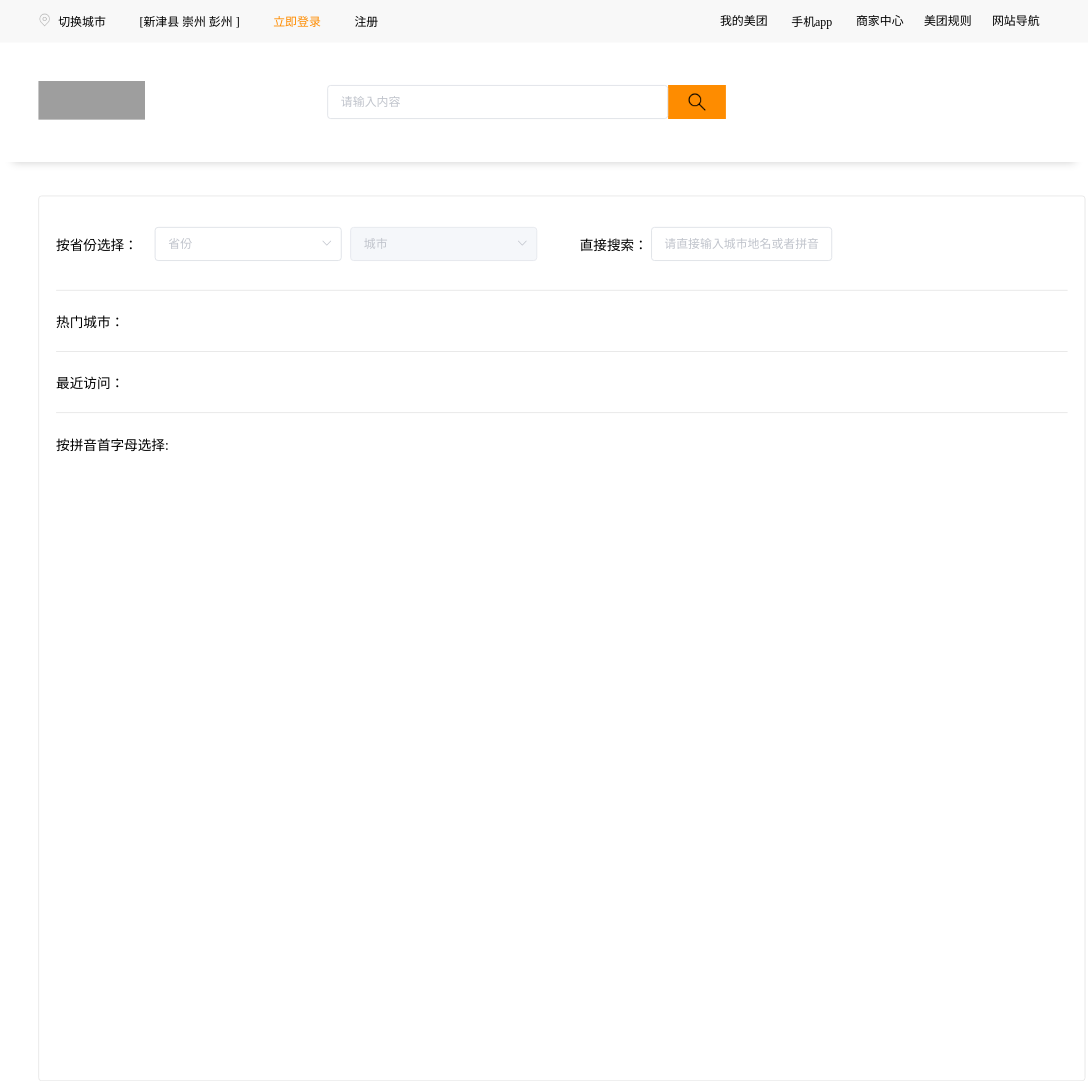
Repository: jinggegeZ/-
Page: /city
An editor plug-in stored every save of this project. The page is shown before and after the next save, followed by the edit.
The browser window is 1280 px wide. The pictures show the whole page, at 85% of full size.
Pictures or frames that could not be fetched are drawn as grey boxes. The page's requests for data from a server got no answer. The project was rebuilt for these pictures with package versions that can differ from the ones it lists, and the page was loaded fresh each time. No one was signed in, and anything a server would have sent is missing. Also part of the build but not shown: vue.config.js, src/components/Navigation/Navigation.vue, src/components/navbox/navbox.vue, src/components/Sty/Sty.vue, src/views/Home.vue.

Above is the page before, as saved 2020-08-22 11:35:38.

### public/index.html
<!DOCTYPE html>
<html lang="en">
  <head>
    <meta charset="utf-8">
    <meta http-equiv="X-UA-Compatible" content="IE=edge">
    <meta name="viewport" content="width=device-width,initial-scale=1.0">
    <link rel="icon" href="<%= BASE_URL %>favicon.ico">
    <title><%= htmlWebpackPlugin.options.title %></title>
  </head>
  <body>
    <script src="//at.alicdn.com/t/font_2017422_ck56kzje6p4.js"></script>
    <noscript>
      <strong>We're sorry but <%= htmlWebpackPlugin.options.title %> doesn't work properly without JavaScript enabled. Please enable it to continue.</strong>
    </noscript>
    <div id="app"></div>
    <!-- built files will be auto injected -->
  </body>
</html>

### src/App.vue
<template>
  <div id="app">
    <router-view/>
  </div>
</template>

<style lang="scss">
@import '../src/style/style';
</style>

### src/views/city/city.vue
<template>
  <div>
    <top :city="city"></top>
    <div class="topbox1">
      <div class="top">
        <div class="nav">
          <!-- 美团-->
          <div class="nav1">
            <div>
              <img
                class="nav1img"
                src="//s0.meituan.net/bs/fe-web-meituan/fa5f0f0/img/logo.png"
                alt
              />
            </div>
          </div>
          <!-- 搜索-->
          <div class="nav1input">
            <div class="nav1input">
              <el-input v-model="keyword" placeholder="请输入内容" @input="change"></el-input>
              <div class="nav1input1box" v-if="keyword != ''">
                <div class="item" v-for="item in arr" :key="item.id">
                  <div v-if="item.name">{{item.name}}</div>
                </div>
              </div>
            </div>

            <div class="nav1inputboox">
              <img class="nav1inputbooximg" src="../../../public/image/search.png" alt />
            </div>
          </div>
        </div>
      </div>
    </div>
    <div class="topbox2">
      <div class="top">
        <!-- 城市部分 -->
        <div class="citybox">
          <!-- 按省份选择部分 -->
          <div class="citybox-province">
            <!-- 按省份选择左边部分 -->
            <div>按省份选择：</div>
            <div class="proviencechosebox">
              <el-select v-model="value" placeholder="省份">
                <el-option
                  v-for="item in cities"
                  :key="item.id"
                  :label="item.name"
                  :value="item.id"
                >
                  <!-- <span style="float: left">{{ item.name }}</span> -->
                  <span
                    style="float: right; color: #8492a6; font-size: 13px"
                    @click="choseprovice(item)"
                  >{{ item.name }}</span>
                </el-option>
              </el-select>
            </div>
            <div class="citychosebox">
              <el-select v-model="value1" :disabled="flag" placeholder="城市">
                <el-option
                  v-for="item in citiess"
                  :key="item.id"
                  :label="item.name"
                  :value="item.id"
                >
                  <span style="float: left">{{ item.label }}</span>
                  <span
                    style="float: right; color: #8492a6; font-size: 13px"
                    @click="gohome(item)"
                  >{{ item.name }}</span>
                </el-option>
              </el-select>
            </div>
            <!-- 按省份选择左边部分 -->
            <div class="directSearch">
              <div>直接搜索：</div>
              <div class="directSearchbox">
                <div>
                  <el-input v-model="input" placeholder="请直接输入城市地名或者拼音"></el-input>
                </div>
              </div>
            </div>
          </div>
          <!-- 热门城市选择-->
          <div class="hotcitychose">
            <div>热门城市：</div>
            <div class="hotcitychosebox">
              <div v-for="item in hotcitys" :key="item.id" @click="gohome(item)">
                <div v-if="item.name =='市辖区'">{{item.province}}</div>
                <div v-else>{{item.name}}</div>
              </div>
            </div>
          </div>
          <!-- 最近访问-->
          <div class="recentVisit">
            <div>最近访问：</div>
            <div class="recentVisitchosebox">
              <div v-for="(item,index) in recentVisitlist" :key="index">
                <div class="recentVisitchosebox-item">{{item}}</div>
              </div>
            </div>
          </div>
          <!-- 拼音首字母 -->
          <div class="Initials">
            <div>按拼音首字母选择:</div>
            <div class="Initialsbox">
              <div v-for="(item,index) in letter" :key="index">
                <div>{{item}}</div>
              </div>
            </div>
          </div>
          <!-- 详细地区 -->
          <div class="detailscity" v-for="(item,index) in letterss" :key="index">
            <div class="letter">a</div>
            <div class="letters">
               <div class="letters-item" v-for="item2 in item" :key="item2.id">{{item2.name}}</div>
            </div>
          </div>
        </div>
      </div>
    </div>
  </div>
</template>

<script>
import top from "../../components/top/top";
import city from "../../../city/city";
export default {
  name: "",
  props: {},
  components: {
    top,
  },
  data() {
    return {
      city: "",
      keyword: "",
      arr: [],
      cities: [],
      citiess: [],
      input: "",
      value: "",
      value1: "",
      flag: true,
      hotcitys: [],
      recentVisitlist: [],
      name: "",
      cities: {},
      letter: [],
      letters: [],
      letterss:[]
    };
  },
  methods: {
    //输入框change事件变化
    change(value) {
      this.keyword = value;
      this.$api
        .getkeyword({ city: this.city, keyword: this.keyword })
        .then((res) => {
          this.arr = res.data.pois.slice(0, 10);
        })
        .catch((err) => {});
    },
    //点击获取id
    choseprovice(item) {
      let id = item.id;
      this.$api
        .getcity(id)
        .then((res) => {
          if (res.code === 200) {
            this.citiess = res.data.city;
            this.flag = false;
          }
        })
        .catch((err) => {});
      this.value1 === "";
    },
    //点击返回首页
    gohome(item) {
      if (item.name === "市辖区") {
        this.name = item.province;
      } else {
        this.name = item.name;
      }
      let arr = this.recentVisitlist;
      arr.push(this.name);
      localStorage.setItem("arr", JSON.stringify(arr));
    },
  },
  mounted() {
    //获取存储
    if (JSON.parse(localStorage.getItem("arr"))) {
      this.recentVisitlist = JSON.parse(localStorage.getItem("arr"));
    }

    //获取省份
    this.$api
      .getprovince()
      .then((res) => {
        if (res.code === 200) {
          this.cities = res.data.province;
        }
      })
      .catch((err) => {});
    //获取城市
    this.$api
      .getposition()
      .then((res) => {
        this.city = JSON.parse(res.data).city;
      })
      .catch((err) => {});
    //获取热门城市
    this.$api
      .gethotcity()
      .then((res) => {
        if (res.code === 200) {
          this.hotcitys = res.data.hots;
          console.log(this.hotcitys);
        }
      })
      .catch((err) => {});
    //获取city.js中的数据
    this.cities = city.data.cities;
  console.log(Object.keys(this.cities));
  console.log(Object.values(this.cities));
    // for (let i in this.citys) {
    //   this.letter.push(i);
    //   this.letters = this.citys[i];
    //   this.letterss.push(this.letters)
    //   // this.letter.map((item,index) => {
    //   //   this.letterss.map((item1,index1) => {
    //   //     if(index === index1){
    //   //      item1.unshift(item)
    //   //     }
    //   //   })
    //   // })
    //   // console.log(this.letterss);
    // }
  },
  watch: {},
  computed: {},
};
</script>

<style scoped lang='scss'>
</style>

### src/components/top/top.vue
<template>
  <div class="topbox">
    <div class="top">
      <div class="top1">
        <div class="leftbox">
          <div>
            <img class="leftboximg" src="../../../public/image/pos.png" alt /> <span class="spans" @click="gocity">{{this.city}}</span>
             <span class="spans1">切换城市</span>
          </div>
          <div>[<span class="spans">新津县</span> <span class="spans">崇州</span> <span class="spans">彭州</span> ]</div>
          <div class="rightnow" @click="gologin">立即登录</div>
          <div>注册</div>
        </div>
        <div class="rightbox">
          <div class="rightbox1">
            <div class="postion">我的美团</div>
            <div class="rightbox2">
              <div class="rightbox3">我的订单</div>
              <div class="rightbox3">我的收藏</div>
              <div class="rightbox3">抵用券</div>
              <div class="rightbox3">美团设置</div>
            </div>
          </div>

          <div class="rightbox1">手机app</div>
          <div class="rightbox1">
            <div class="postion">商家中心</div>
            <div class="rightbox2">
              <div class="rightbox4">美团餐饮用户中心</div>
              <div class="rightbox4">登录商家中心</div>
              <div class="rightbox4">美团智能收银</div>
              <div class="rightbox4">我想合作</div>
              <div class="rightbox4">手机免费开店</div>
              <div class="rightbox4">餐饮代理商招募</div>
              <div class="rightbox4">商家申请开票</div>
              <div class="rightbox4">免费合作美团排队</div>
            </div>
          </div>
          <div class="rightbox1">
            <div class="postion">美团规则</div>
            <div class="rightbox2">
              <div class="rightbox3">规则中心</div>
              <div class="rightbox3">规则目录</div>
              <div class="rightbox3">规则评议院</div>
            </div>
          </div>
          <div class="rightbox1">
            <div class="postion">网站导航</div>
            <div class="rightbox2">
              <div class="rightbox5">
                <div class="rightbox6">
                  <div class="rightbox6-1">
                    <div class="rightbox6-1-1">酒店旅游</div>
                    <div class="rightbox6-1-2">.
                        <div class="rightbox6-1-2-1">
                            <div>国际机票</div>
                            <div>火车票</div>
                            <div>民宿</div>
                        </div>
                        <div class="rightbox6-1-2-1">
                            <div>经济型酒店</div>
                            <div>主题酒店</div>
                            <div>商务酒店</div>
                        </div>
                        <div class="rightbox6-1-2-1">
                            <div>公寓</div>
                            <div>豪华酒店</div>
                            <div>客栈</div>
                        </div>
                        <div class="rightbox6-1-2-1">
                            <div>青年旅社</div>
                            <div>度假酒店</div>
                            <div>别墅</div>
                        </div>
                        <div class="rightbox6-1-2-2">
                            <div>农家院</div>
                        </div>

                    </div>
                  </div>
                  <div class="rightbox6-2">
                    <div class="rightbox6-2-1">吃美食</div>
                    <div class="rightbox6-2-1-1">
                        <div class="rightbox6-1-2-1">
                            <div>烤鱼</div>
                            <div>特色小吃</div>

                        </div>
                        <div class="rightbox6-1-2-1">
                            <div>烧烤</div>
                            <div>自助餐</div>

                        </div>
                        <div class="rightbox6-1-2-1">
                            <div>火锅</div>
                            <div>代金券</div>
                        </div>




                    </div>
                  </div>
                  <div class="rightbox6-2">
                    <div class="rightbox6-2-1">看电影</div>
                    <div class="rightbox6-2-1-1">
                        <div class="rightbox6-2-1-1-font">热映电影</div>
                        <div class="rightbox6-2-1-1-font">热门电影</div>
                        <div class="rightbox6-2-1-1-font">热映电影口碑榜</div>
                        <div class="rightbox6-2-1-1-font">最受期待电影</div>
                        <div class="rightbox6-2-1-1-font">国内票房榜</div>
                        <div class="rightbox6-2-1-1-font">北美票房榜</div>
                        <div class="rightbox6-2-1-1-font">电影排行榜</div>

                    </div>
                  </div>
                  <div class="rightbox6-3">
                  <div class="rightbox6-3-1">手机应用</div>
                    <div class="rightbox6-3-1-1">
                        <div class="rightbox6-3-1-1-1">
                            <div><img class="rightbox6-3-1-1-1-img" src="//s0.meituan.net/bs/fe-web-meituan/2d53095/img/appicons/meituan.png" alt=""></div>
                            <div><img class="rightbox6-3-1-1-1-img" src="//s1.meituan.net/bs/fe-web-meituan/404d350/img/appicons/waimai.png" alt=""></div>
                            <div><img class="rightbox6-3-1-1-1-img" src="https://p0.meituan.net/travelcube/162c3308d9622f6d9cfaa49e60be4dca8573.png" alt=""></div>
                            <div><img class="rightbox6-3-1-1-1-img" src="//s1.meituan.net/bs/fe-web-meituan/404d350/img/appicons/dianping.png" alt=""></div>
                            <div><img class="rightbox6-3-1-1-1-img" src="//s1.meituan.net/bs/fe-web-meituan/404d350/img/appicons/maoyan.png" alt=""></div>
                        </div>
                    </div>
                  </div>
                </div>
              </div>
            </div>
          </div>
        </div>
      </div>
    </div>
  </div>
</template>

<script>
export default {
  name: "",
  props: {
    city:{
      type:String
    }
  },
  components: {},
  data() {
    return {};
  },
  methods: {
    // 去往城市页面
    gocity(){
      this.$router.push('/city')
    },
    //点击去往登录页
    gologin(){
      this.$router.push('/login')
    }
  },
  mounted() {},
  watch: {},
  computed: {},
};
</script>

<style scoped lang='scss'>
</style>

Loaded but not shown: src/store/index.js (common file); city/city.js (3866 lines, source omitted); src/router/index.js (36 lines, source omitted); src/http/api.js (30 lines, source omitted); src/main.js (16 lines, source omitted); src/http/index.js (15 lines, source omitted); src/style/style.css (877 lines, source omitted)

After the next save:
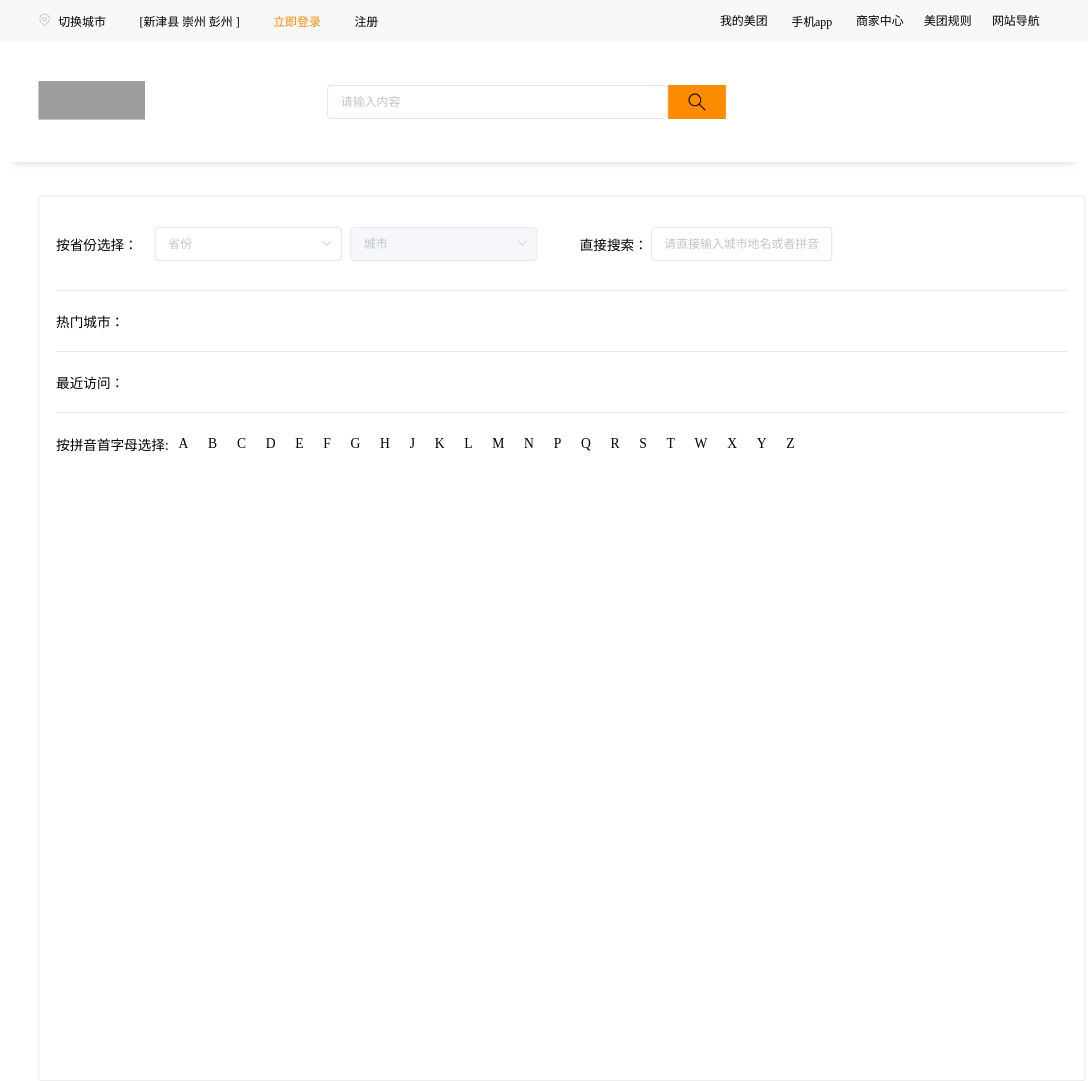
Saved 3 min 10 s later.
--- a/src/views/city/city.vue
+++ b/src/views/city/city.vue
@@ -224,6 +224,8 @@
     //获取city.js中的数据
     this.cities = city.data.cities;
   console.log(Object.keys(this.cities));
+  this.letter = Object.keys(this.cities)
+  this.letterss
   console.log(Object.values(this.cities));
     // for (let i in this.citys) {
     //   this.letter.push(i);
